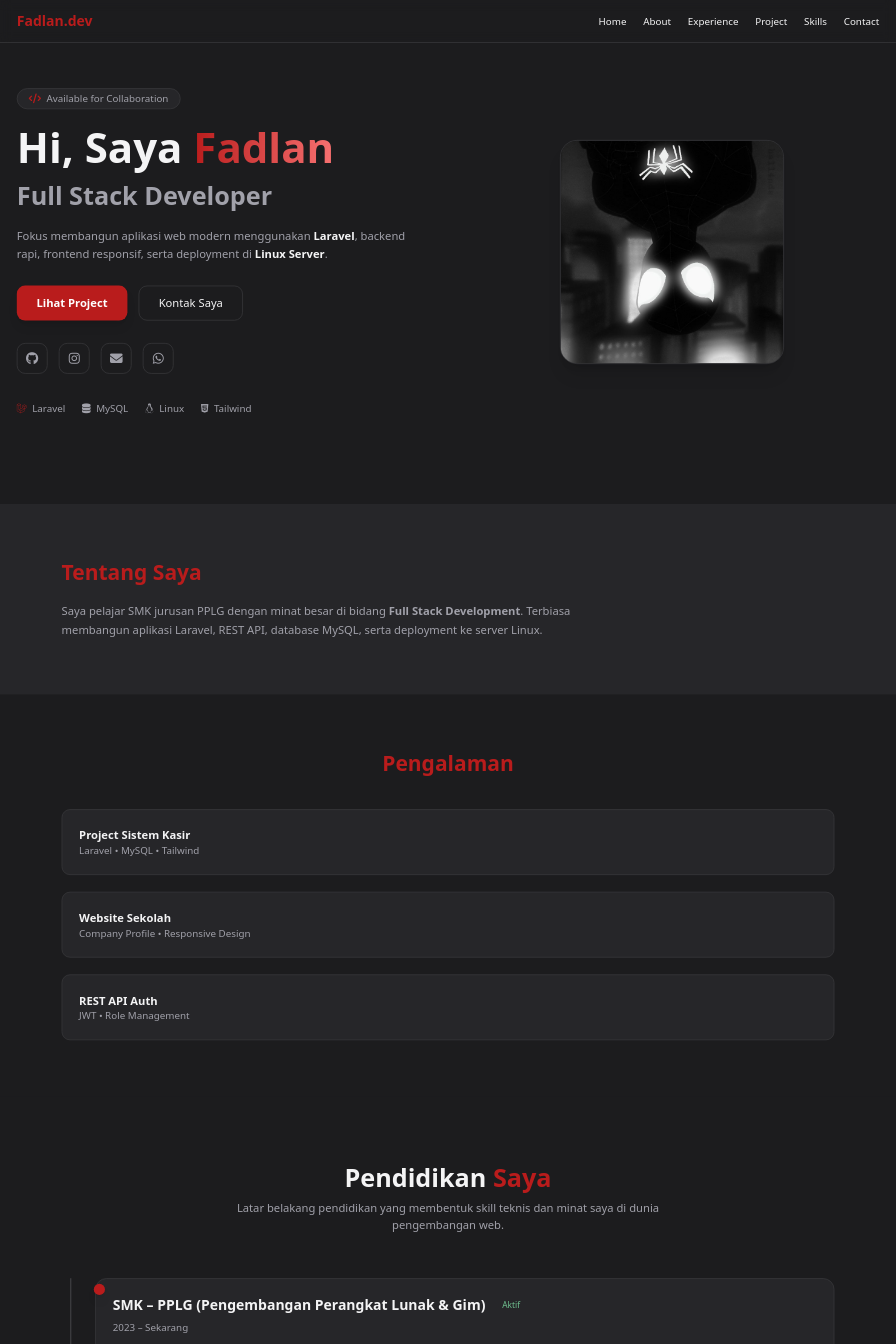
Repository: Fadlan079/Personal-Portfolio
Page: http://localhost/
The author's editor kept a copy of each file at every save. The page is drawn from the files as they stood at one save, then again after the next save.
The browser window is 1280 px wide. The pictures show the part of the page from y = 0 to 1920 px (the page is 4636 px tall), at 70% of full size.
Some web libraries are served in a nearby version. The page is served by the project's Laravel application, run on PHP 8.4 with Laravel 12.

Above is the page before, as saved 2026-01-15 08:05:13.

After the next save:
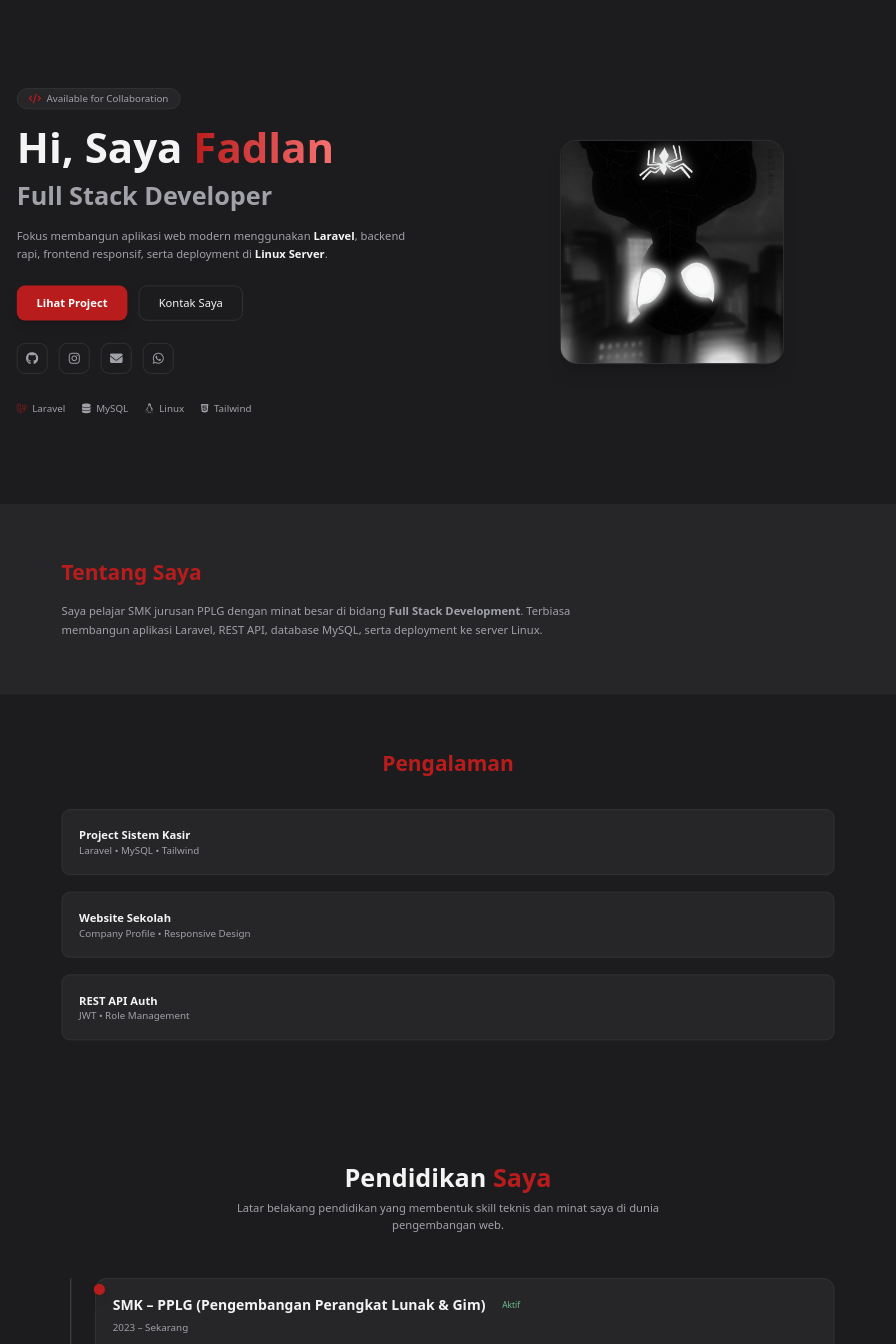
Saved 7 s later.
--- a/resources/views/portofolio.blade.php
+++ b/resources/views/portofolio.blade.php
@@ -81,37 +81,7 @@
   <header>
 
   </header>
-<nav class="fixed w-full bg-bg/80 backdrop-blur border-b border-border z-50">
-  <div class="max-w-7xl mx-auto px-6 py-4 flex justify-between items-center">
-    <h1 class="text-xl font-bold text-primary">Fadlan.dev</h1>
-    <ul class="flex gap-6 text-sm">
-      <li class="relative group">
-        <a href="#home">Home</a>
-        <span class="absolute left-0 -bottom-1 h-[2px] w-0 bg-primary transition-all group-hover:w-full"></span>
-      </li>
-      <li class="relative group">
-        <a href="#about">About</a>
-        <span class="absolute left-0 -bottom-1 h-[2px] w-0 bg-primary transition-all group-hover:w-full"></span>
-      </li>
-      <li class="relative group">
-        <a href="#experience">Experience</a>
-        <span class="absolute left-0 -bottom-1 h-[2px] w-0 bg-primary transition-all group-hover:w-full"></span>
-      </li>
-        <li class="relative group">
-        <a href="#projects">Project</a>
-        <span class="absolute left-0 -bottom-1 h-[2px] w-0 bg-primary transition-all group-hover:w-full"></span>
-      </li>
-      <li class="relative group">
-        <a href="#skills">Skills</a>
-        <span class="absolute left-0 -bottom-1 h-[2px] w-0 bg-primary transition-all group-hover:w-full"></span>
-      </li>
-      <li class="relative group">
-        <a href="#contact">Contact</a>
-        <span class="absolute left-0 -bottom-1 h-[2px] w-0 bg-primary transition-all group-hover:w-full"></span>
-      </li>
-    </ul>
-  </div>
-</nav>
+
 
 <!-- Hero -->
 <section
